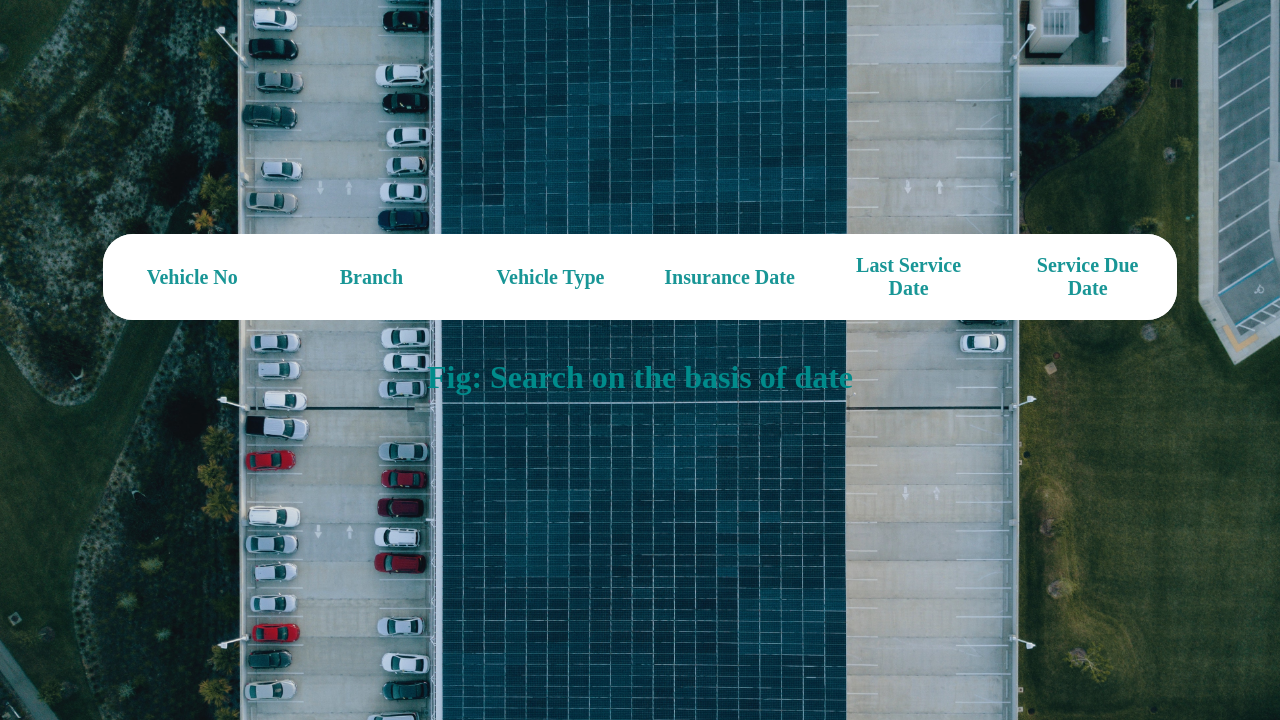
Repository: vaibhavgramni/VehicleSystem
Page: http://localhost/VehicleReservation/SearchInsuranceDate.jsp
An editor plug-in stored every save of this project. The page is shown before and after the next save, followed by the edit.
The browser window is 1280 px wide. The pictures show the whole page.
The page is served by Tomcat 9. Queries for data that is not in the repository find no rows.

Above is the page before, as saved 2019-05-06 09:45:06.

After the next save:
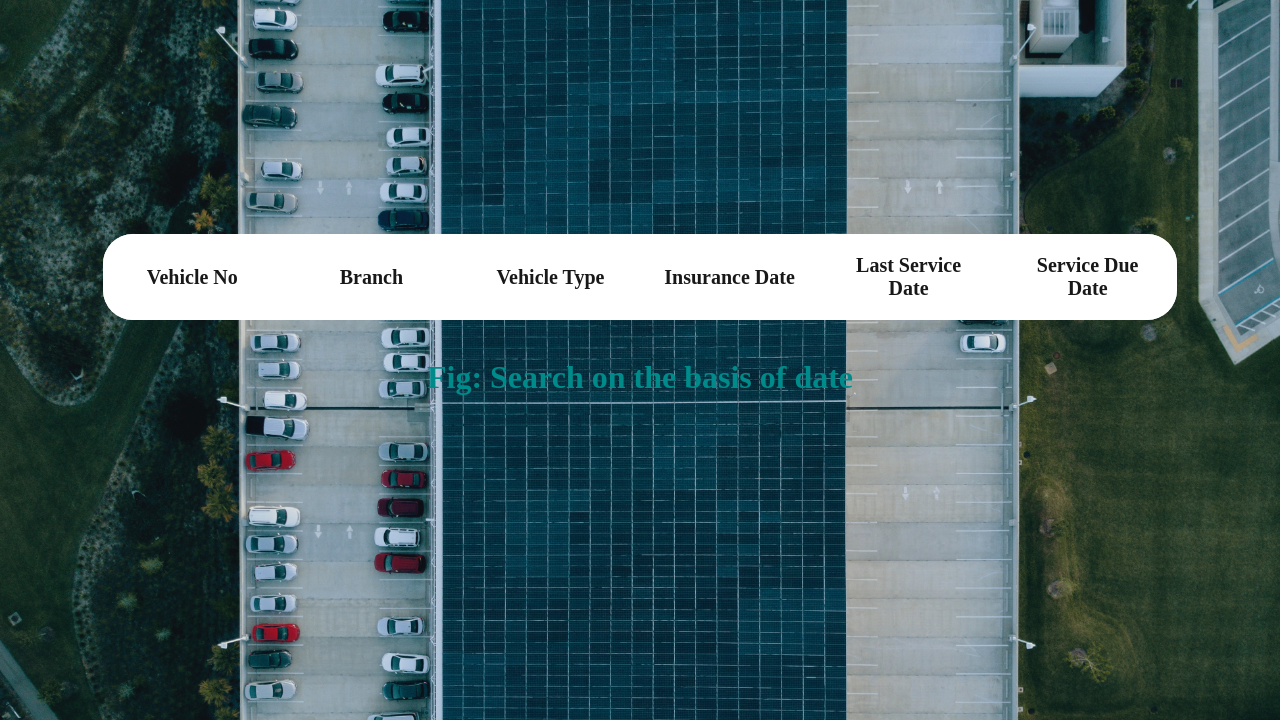
Saved 47 s later.
--- a/VehicleReservation/WebContent/SearchInsuranceDate.jsp
+++ b/VehicleReservation/WebContent/SearchInsuranceDate.jsp
@@ -38,12 +38,12 @@ String role = (String)session.getAttribute("role");
 
 			</tr>
 			<tr>
-				<td><b>Vehicle No</b></td>
-				<td><b>Branch</b></td>
-				<td><b>Vehicle Type</b></td>
-				<td><b>Insurance Date</b></td>
-				<td><b>Last Service Date</b></td>
-				<td><b>Service Due Date</b></td>
+				<th><b>Vehicle No</b></th>
+				<th><b>Branch</b></th>
+				<th><b>Vehicle Type</b></th>
+				<th><b>Insurance Date</b></th>
+				<th><b>Last Service Date</b></th>
+				<th><b>Service Due Date</b></th>
 				</tr>
 				<%
 				try {
